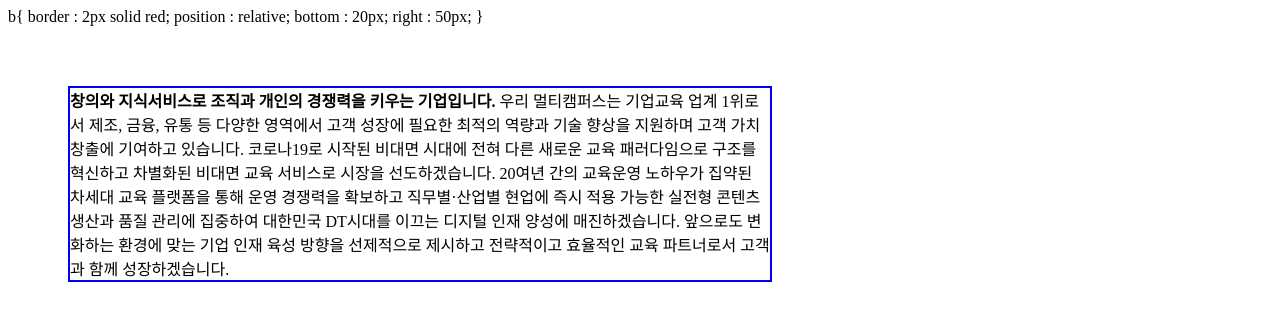
Repository: zmfhd1/Web
Page: boardtest/WebContent/WEB-INF/relative.html
These files come from the project's save history. The page is drawn as it stood at one moment and after the next save; the edit follows.
The browser window is 1280 px wide. The pictures show the whole page.

Above is the page before, as saved 2021-08-23 00:59:19.

After the next save:
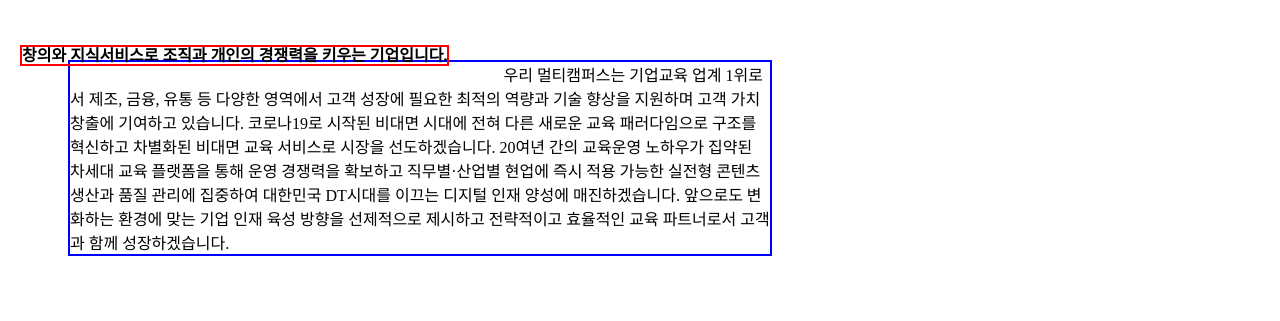
Saved 83 s later.
--- a/boardtest/WebContent/WEB-INF/relative.html
+++ b/boardtest/WebContent/WEB-INF/relative.html
@@ -10,15 +10,15 @@
    position : relative;
   top : 20px;
   left : 20px;
+  }
 
-  }
-  </style>
   b{
   border : 2px solid red;
   position : relative;
   bottom : 20px;
   right : 50px;
   }
+  </style>
 
 
 </head>
